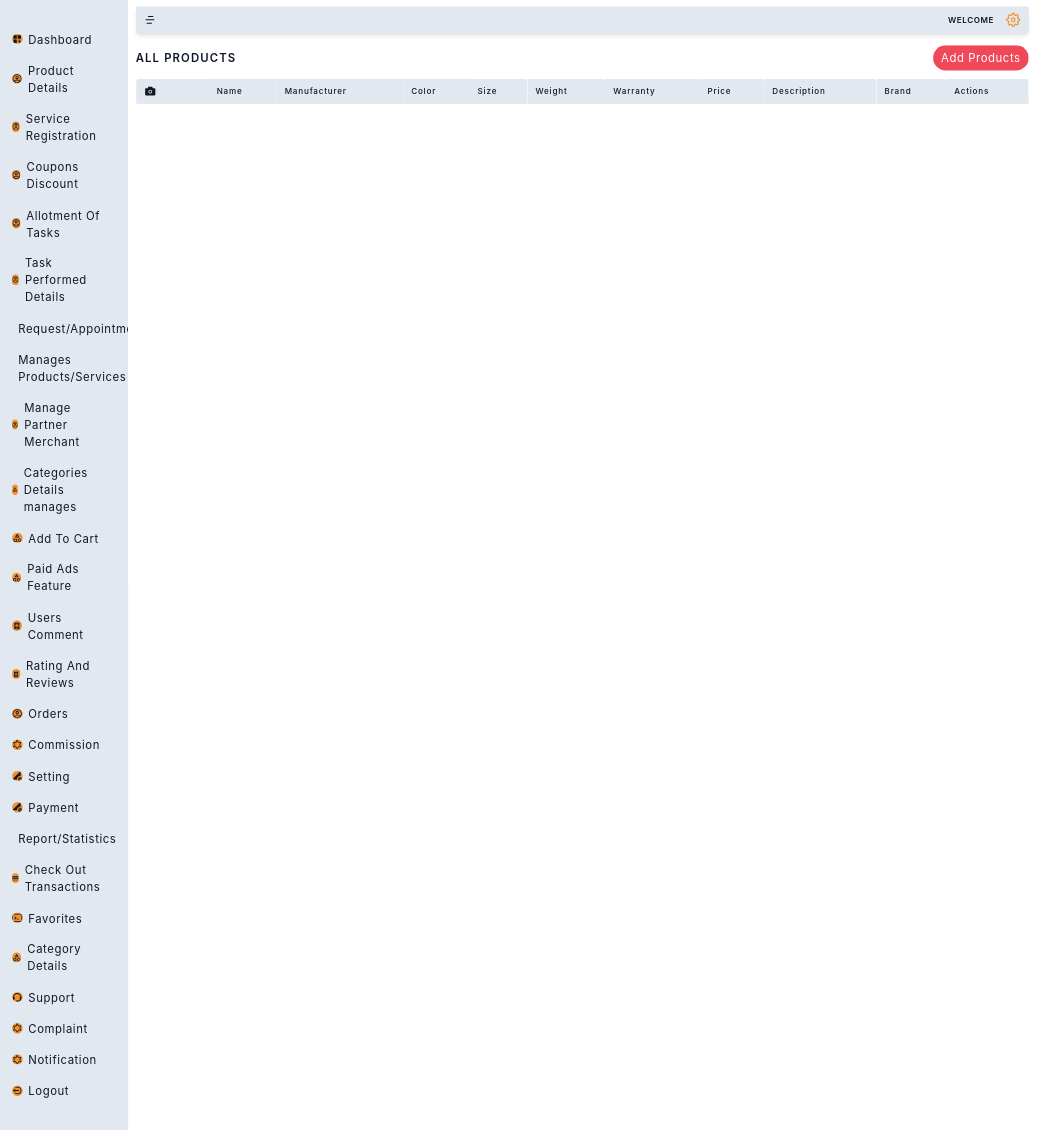
Repository: rohit0915/Mr-Arun-Chauhan-Admin-Panel
Page: /vendorProducts
An editor plug-in stored every save of this project. The page is shown before and after the next save, followed by the edit.
The browser window is 1280 px wide. The pictures show the whole page, at 81% of full size.
The page's requests for data from a server got no answer. The project was rebuilt for these pictures with package versions that can differ from the ones it lists, and the page was loaded fresh each time. No one was signed in, and anything a server would have sent is missing. Also part of the build but not shown: src/components/forms/Login.jsx, src/components/layout/Navbar.jsx, src/components/layout/Sidebar.jsx, src/components/layout/HOC.jsx, src/components/pages/Dashboard.jsx, src/components/pages/products/Products.jsx, src/components/pages/categories/Categories.jsx, src/components/pages/subcategories/SubCategories.jsx and 81 more.

Above is the page before, as saved 2022-11-24 14:30:59.

After the next save:
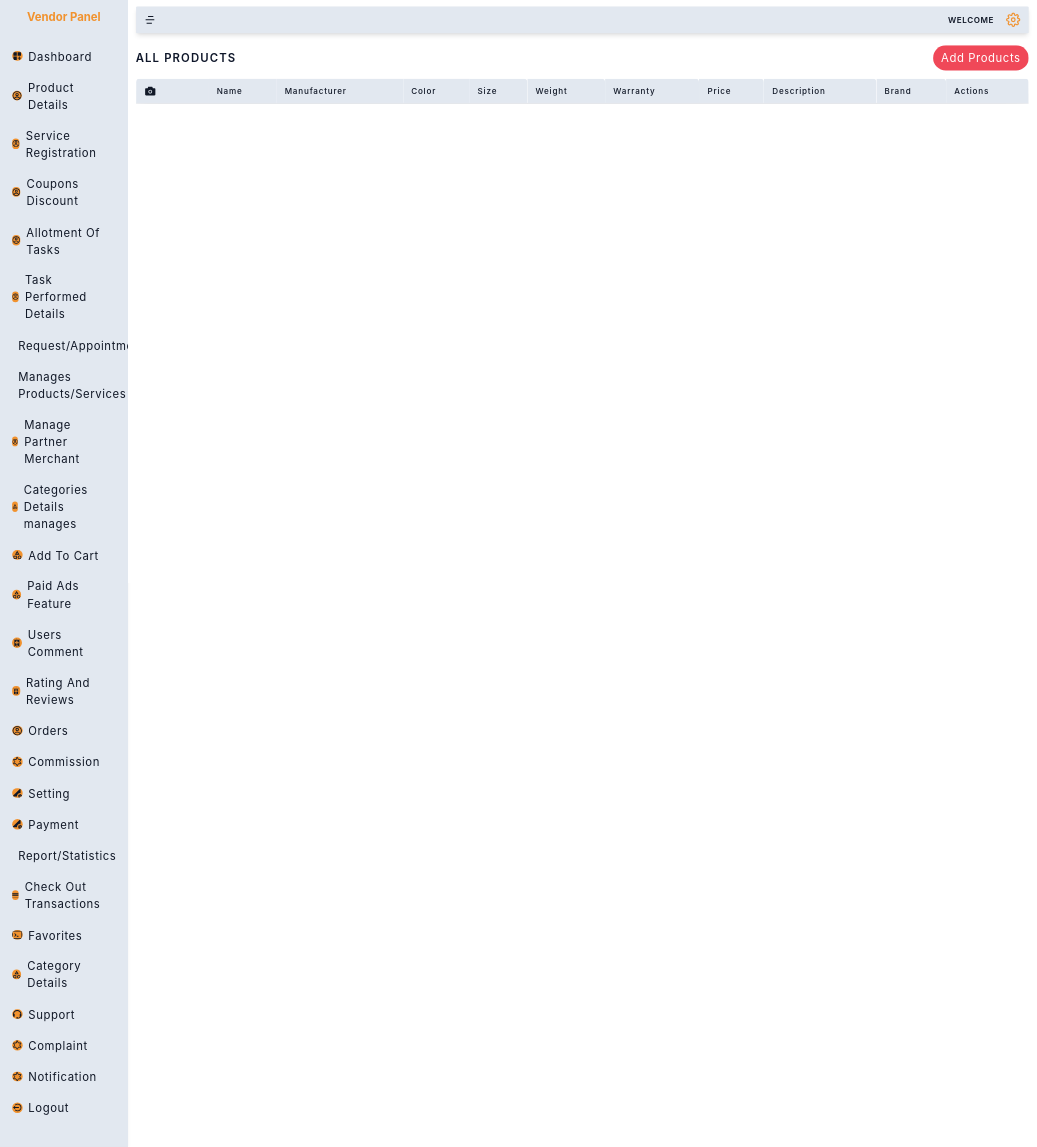
Saved 5 s later.
--- a/src/vendorPanel/components/layout/Sidebar.jsx
+++ b/src/vendorPanel/components/layout/Sidebar.jsx
@@ -224,7 +224,7 @@ const Sidebar = ({ hamb, setHamb }) => {
         <figure className="flex  flex-col items-center">
           <span className="font-bold text-[rgb(241,146,46)]">
             {/* <img src={image} className="h-24" /> */}
-
+            Vendor Panel
           </span>
         </figure>
         {/* Nav-menu */}
